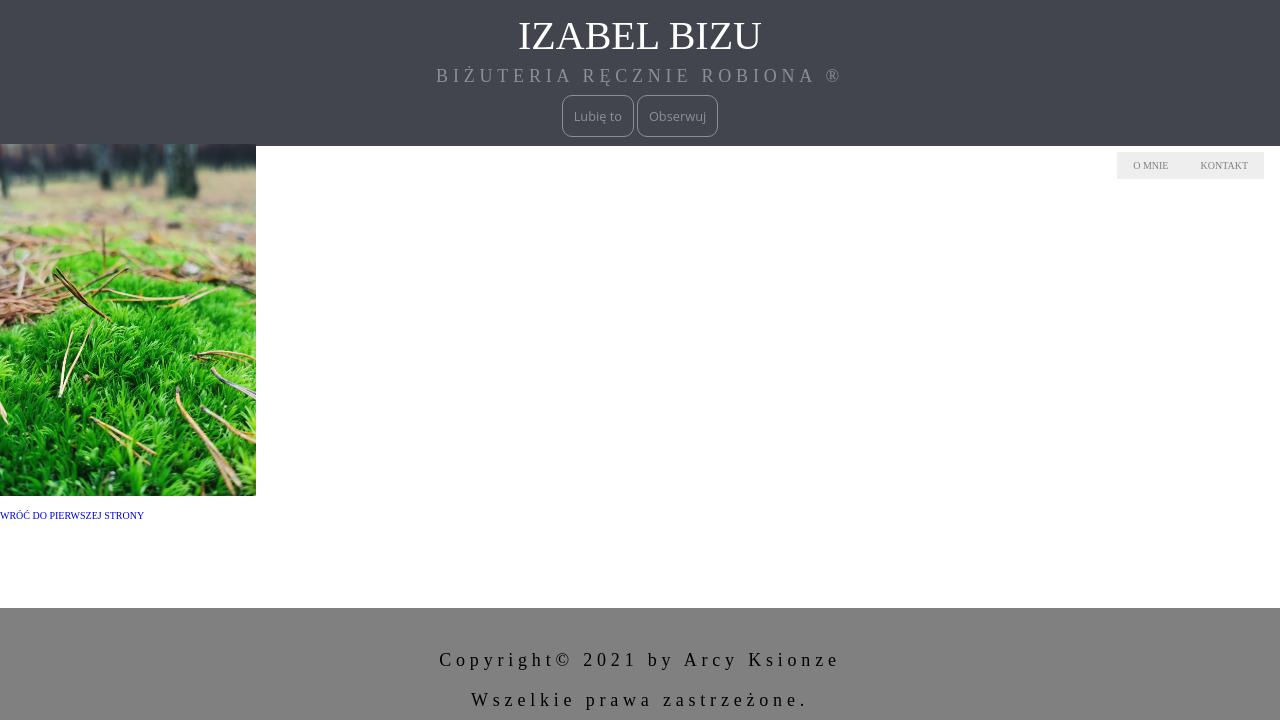
Repository: arcyksionze/strona_izy
Page: index2.html
These files come from the project's save history. The page is drawn as it stood at one moment and after the next save; the edit follows.
The browser window is 1280 px wide. The pictures show the whole page.
Some web fonts or font styles are not loaded; a fallback is used.

Above is the page before, as saved 2021-04-11 23:38:45.

After the next save:
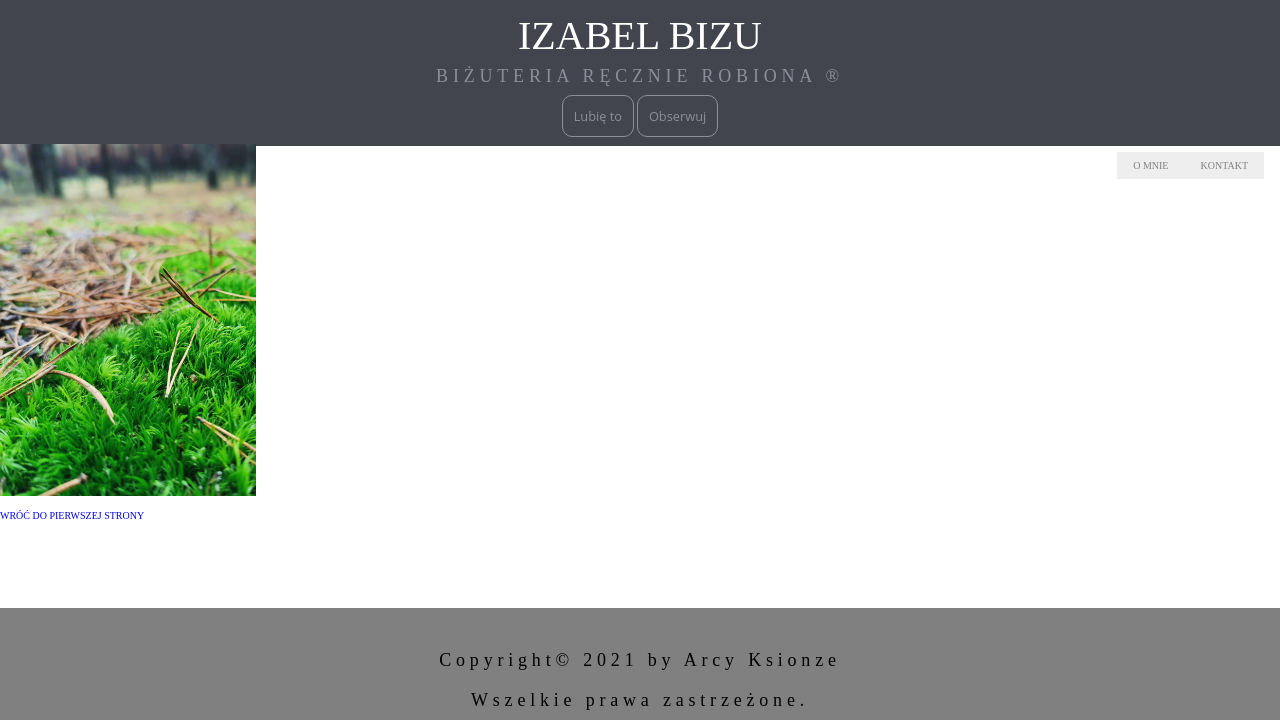
Saved 5 s later.
--- a/main2.css
+++ b/main2.css
@@ -131,7 +131,6 @@
 	background-image: url(obrazy/IMG_20210106_140751.jpg);
 	background-size: cover;
 	background-repeat: no-repeat;
-	background-position: center ;
 	margin-top: -2.6rem;
 	font-family: 'Merienda';
 	height: 6rem;
